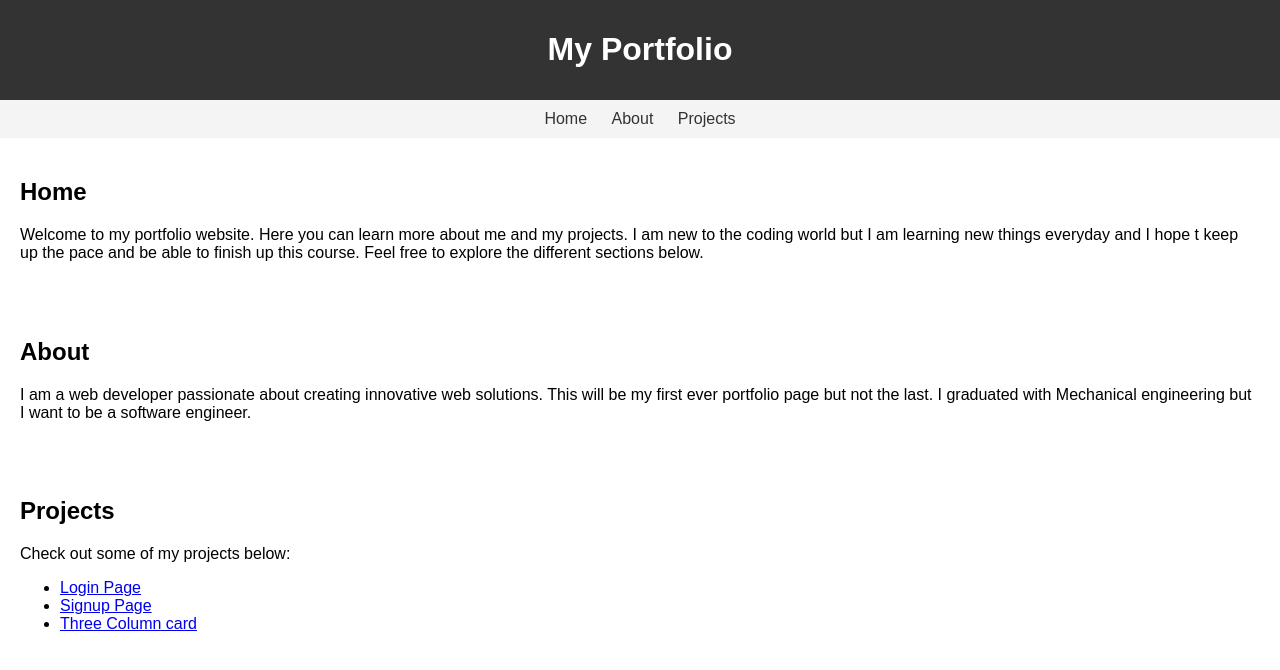
Repository: abrahamgek/PLP_week2
Page: portfolio_website/index.html
The author's editor kept a copy of each file at every save. The page is drawn from the files as they stood at one save, then again after the next save.
The browser window is 1280 px wide. The pictures show the whole page.

Above is the page before, as saved 2024-03-22 17:53:43.

### portfolio_website/index.html
<!DOCTYPE html>
<html lang="en">
<head>
  <meta charset="UTF-8">
  <meta name="viewport" content="width=device-width, initial-scale=1.0">
  <link rel="stylesheet" href="styles.css">
  <title>Portfolio</title>
</head>
<body>
<header>
  <h1>My Portfolio</h1>
</header>

<nav>
  <a href="#home">Home</a>
  <a href="#about">About</a>
  <a href="#projects">Projects</a>
</nav>

<section id="home">
  <h1>Home</h1>
  <p>Welcome to my portfolio website. Here you can learn more about me and my projects.
    I am new to the coding world but I am learning new things everyday and I hope t keep up the pace and be able to finish up this course.
    Feel free to explore the different sections below.</p>
  </p>
</section>

<section id="about">
  <h2>About</h2>
  <p>I am a web developer passionate about creating innovative web solutions.
    This will be my first ever portfolio page but not the last.
    I graduated with Mechanical engineering but I want to be a software engineer.

  </p>
</section>

<section id="projects">
  <h2>Projects</h2>
  <p>Check out some of my projects below:</p>
  <ul>
    <li><a href="Login page/login.html">Login Page</a></li>
    <li><a href="signup Page/signup.html">Signup Page</a></li>
    <li><a href="Three column card/3columncard.html">Three Column card</a></li>
  </ul>
</section>
</body>
</html>

### portfolio_website/styles.css
body {
    font-family: Arial, sans-serif;
    margin: 0;
    padding: 0;
  }
  header {
    background-color: #333;
    color: #fff;
    padding: 10px 0;
    text-align: center;
  }
  nav {
    background-color: #f4f4f4;
    padding: 10px 0;
    text-align: center;
  }
  nav a {
    text-decoration: none;
    color: #333;
    padding: 0 10px;
  }
  nav a:hover {
    background-color: #ddd;
  }
  section {
    padding: 20px;
  }

After the next save:
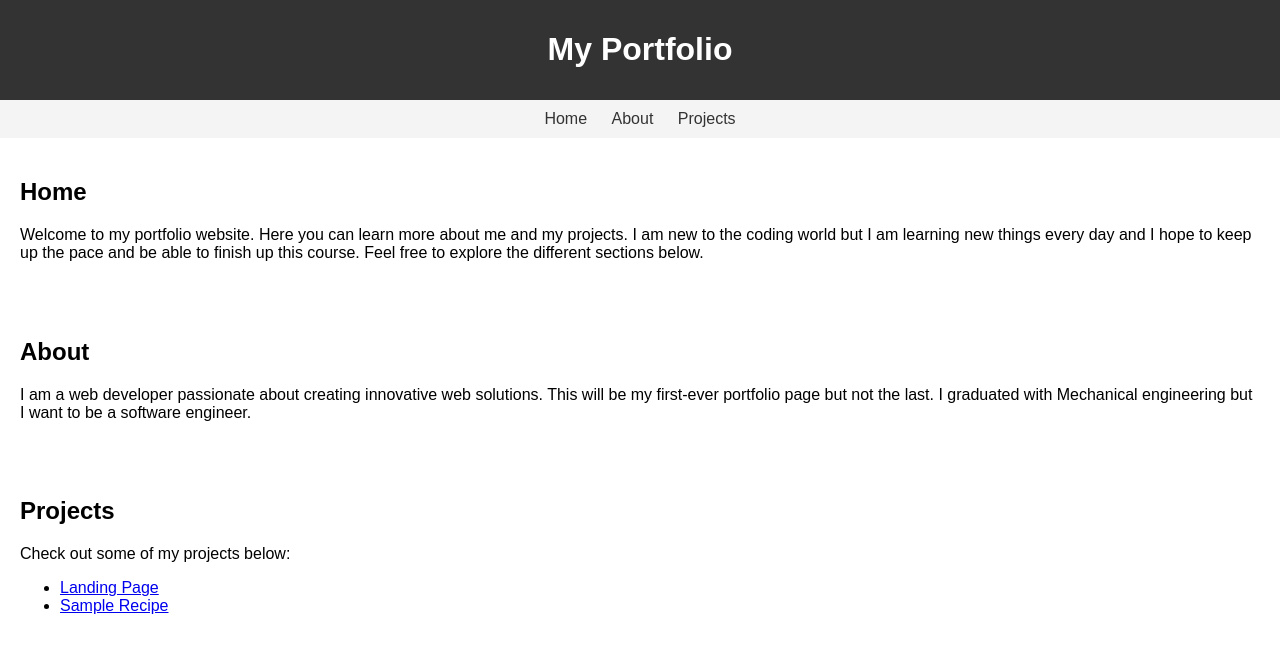
Saved 16 min 43 s later.
--- a/portfolio_website/index.html
+++ b/portfolio_website/index.html
@@ -8,40 +8,43 @@
 </head>
 <body>
 <header>
-  <h1>My Portfolio</h1>
+  <div class="container">
+    <h1>My Portfolio</h1>
+  </div>
 </header>
 
 <nav>
-  <a href="#home">Home</a>
-  <a href="#about">About</a>
-  <a href="#projects">Projects</a>
+  <div class="container">
+    <a href="#home">Home</a>
+    <a href="#about">About</a>
+    <a href="#projects">Projects</a>
+  </div>
 </nav>
 
-<section id="home">
-  <h1>Home</h1>
-  <p>Welcome to my portfolio website. Here you can learn more about me and my projects.
-    I am new to the coding world but I am learning new things everyday and I hope t keep up the pace and be able to finish up this course.
-    Feel free to explore the different sections below.</p>
-  </p>
-</section>
+<div class="container">
+  <section id="home">
+    <h2>Home</h2>
+    <p>Welcome to my portfolio website. Here you can learn more about me and my projects.
+      I am new to the coding world but I am learning new things every day and I hope to keep up the pace and be able to finish up this course.
+      Feel free to explore the different sections below.</p>
+  </section>
 
-<section id="about">
-  <h2>About</h2>
-  <p>I am a web developer passionate about creating innovative web solutions.
-    This will be my first ever portfolio page but not the last.
-    I graduated with Mechanical engineering but I want to be a software engineer.
+  <section id="about">
+    <h2>About</h2>
+    <p>I am a web developer passionate about creating innovative web solutions.
+      This will be my first-ever portfolio page but not the last.
+      I graduated with Mechanical engineering but I want to be a software engineer.</p>
+  </section>
 
-  </p>
-</section>
+  <section id="projects">
+    <h2>Projects</h2>
+    <p>Check out some of my projects below:</p>
+    <ul>
+      <li><a href="https://abrahamgek.github.io/landing_page/">Landing Page</a></li>
+      <li><a href="https://abrahamgek.github.io/odin-recipes/">Sample Recipe</a></li>
+    </ul>
+  </section>
+</div>
 
-<section id="projects">
-  <h2>Projects</h2>
-  <p>Check out some of my projects below:</p>
-  <ul>
-    <li><a href="Login page/login.html">Login Page</a></li>
-    <li><a href="signup Page/signup.html">Signup Page</a></li>
-    <li><a href="Three column card/3columncard.html">Three Column card</a></li>
-  </ul>
-</section>
 </body>
 </html>
